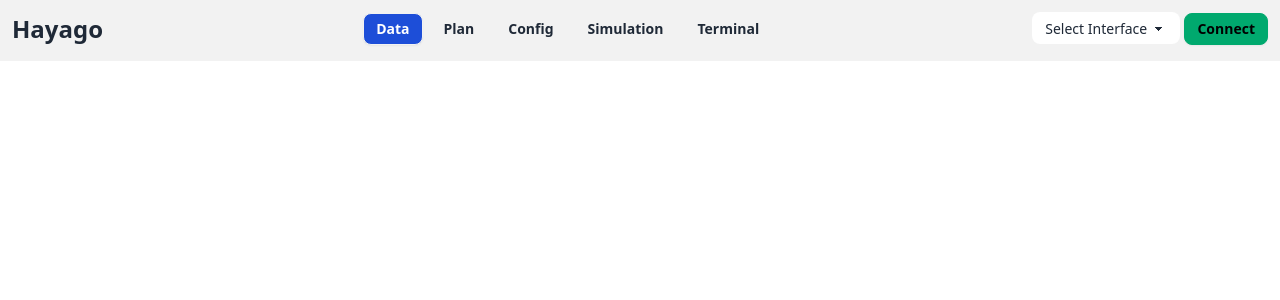
Repository: khulqu15/rov.commander
Page: http://localhost/planner/
An editor plug-in stored every save of this project. The page is shown before and after the next save, followed by the edit.
The browser window is 1280 px wide. The pictures show the whole page.
Some web libraries are served in a nearby version. The page is served by the project's application, run on Django 5.2 (manage.py).

Above is the page before, as saved 2025-02-06 21:09:37.

After the next save:
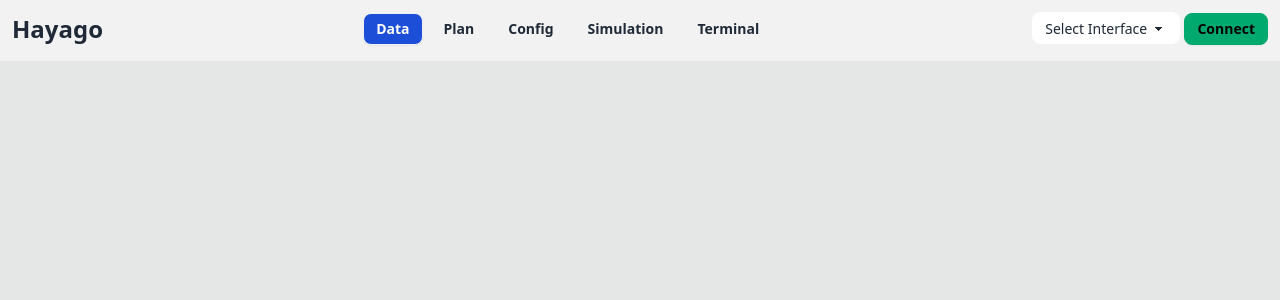
Saved 33 s later.
--- a/templates/index.html
+++ b/templates/index.html
@@ -29,6 +29,6 @@
             <button type="submit" class="btn btn-success btn-sm">Connect</button>
         </form>
     </div>
-    {% block content %}{% endblock content %}
+    <div class="min-h-screen w-full bg-base-300"></div>
 </body>
 </html>
